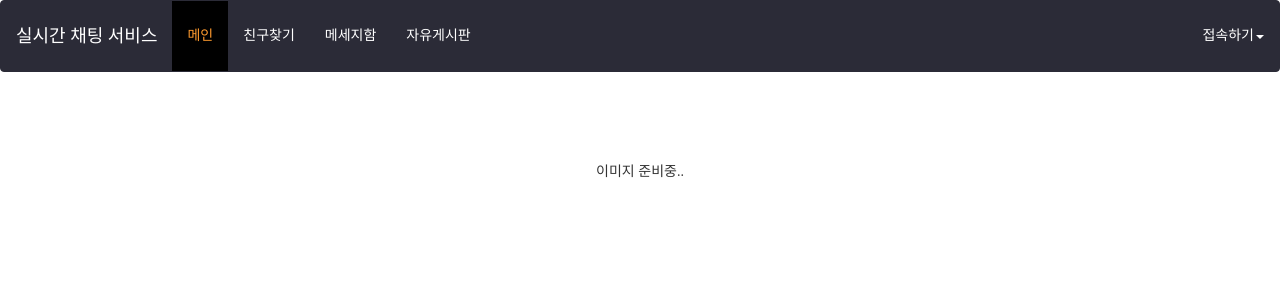
Repository: kkoseunghyun/javaAjaxChat
Page: http://localhost/UserChat/
An editor plug-in stored every save of this project. The page is shown before and after the next save, followed by the edit.
The browser window is 1280 px wide. The pictures show the whole page.
Some web fonts or font styles are not loaded; a fallback is used. Some web libraries are served in a nearby version. The page is served by Tomcat 9.

Above is the page before, as saved 2019-07-13 07:59:03.

After the next save:
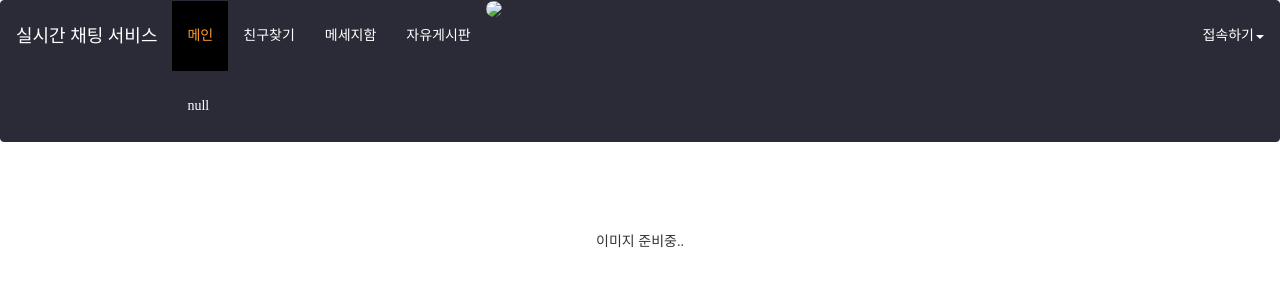
Not found: JspAjax/UserChat/UserChat/' + profile + '
Saved 5 min 37 s later.
--- a/JspAjax/UserChat/WebContent/index.jsp
+++ b/JspAjax/UserChat/WebContent/index.jsp
@@ -62,6 +62,8 @@
 				<li><a href="find.jsp">친구찾기</a></li>
 				<li><a href="box.jsp">메세지함<span id="unread" class="label label-info"></span></a></li>
 				<li><a href="boardView.jsp">자유게시판</a></li>
+				<img class="media-object img-circle" style="margin: 0 auto; max-width: 40px; max-height: 40px;" src="' + profile + '"></img>
+				<li><a href="userStatus.jsp"><%= userID %></a></li>
 			</ul>
 			<%
 				if(userID == null){ // 로그인이 안된사람들에 한해 보여지는 네비게이션 바
